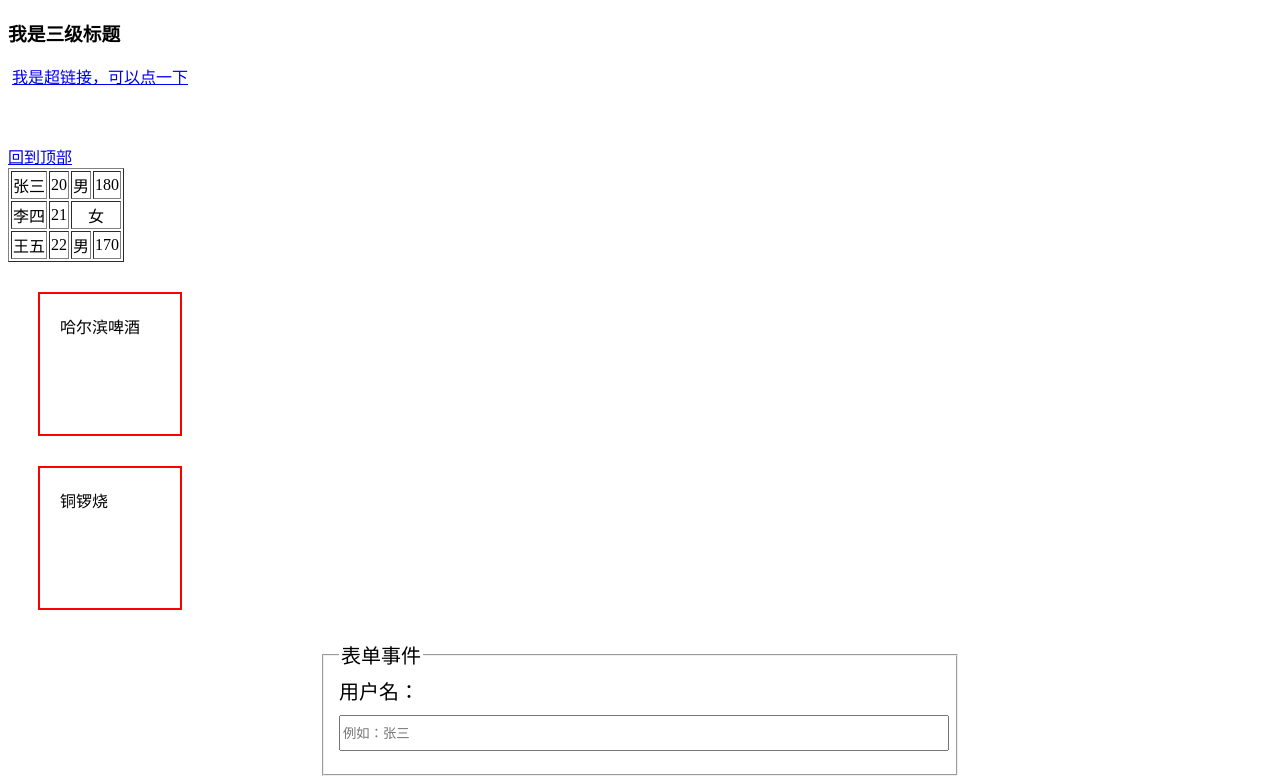
Repository: wyhzglgithub/mygitremote
Page: test.html
These files come from the project's save history. The page is drawn as it stood at one moment and after a run of saves; the edit follows.
The browser window is 1280 px wide. The pictures show the whole page.

Above is the page before, as saved 2021-10-11 13:44:26.

After the next 2 saves:
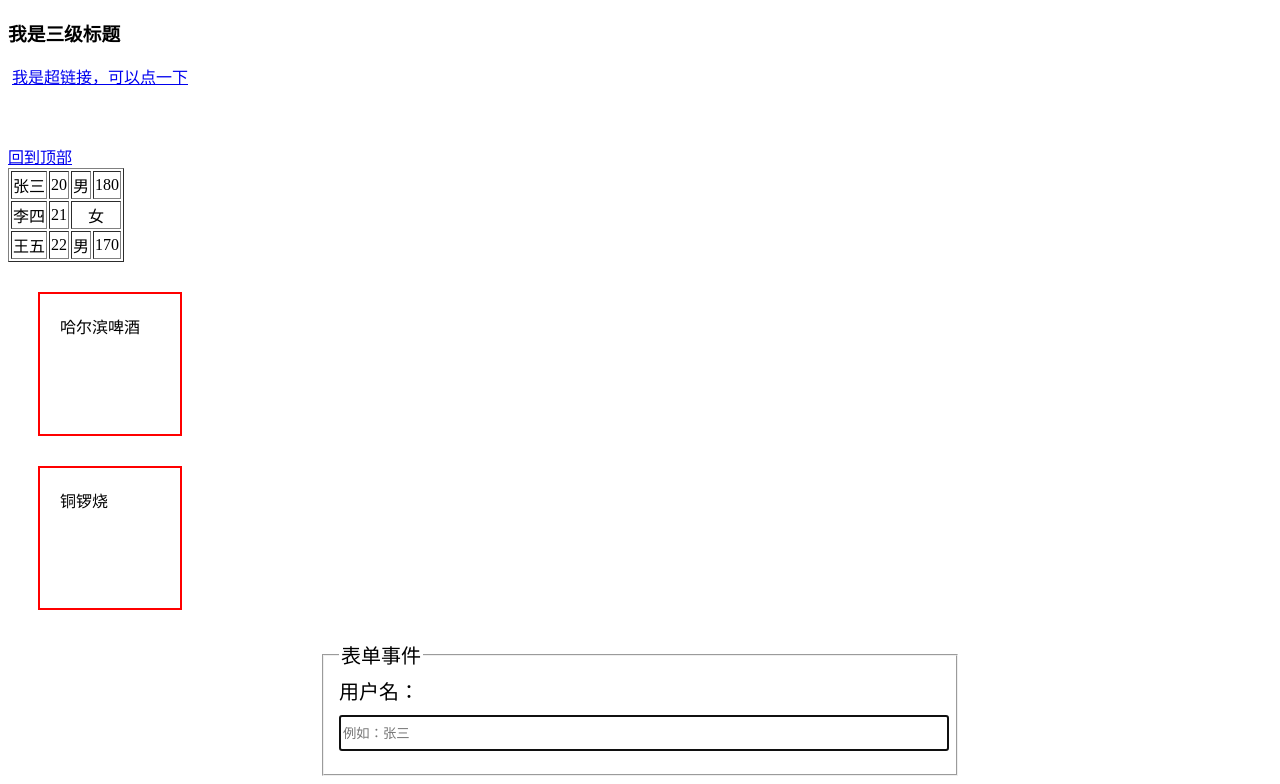
The 2 saves are shown as one change because they came seconds apart.
The last was saved 9 s later.
--- a/test.html
+++ b/test.html
@@ -69,7 +69,7 @@
         <fieldset>
             <legend>表单事件</legend>
             <label for="">
-                用户名：<input type="text" placeholder="例如：张三"  />
+                用户名：<input type="text" placeholder="例如：张三" autofocus  />
             </label>
         </fieldset>
     </form>
